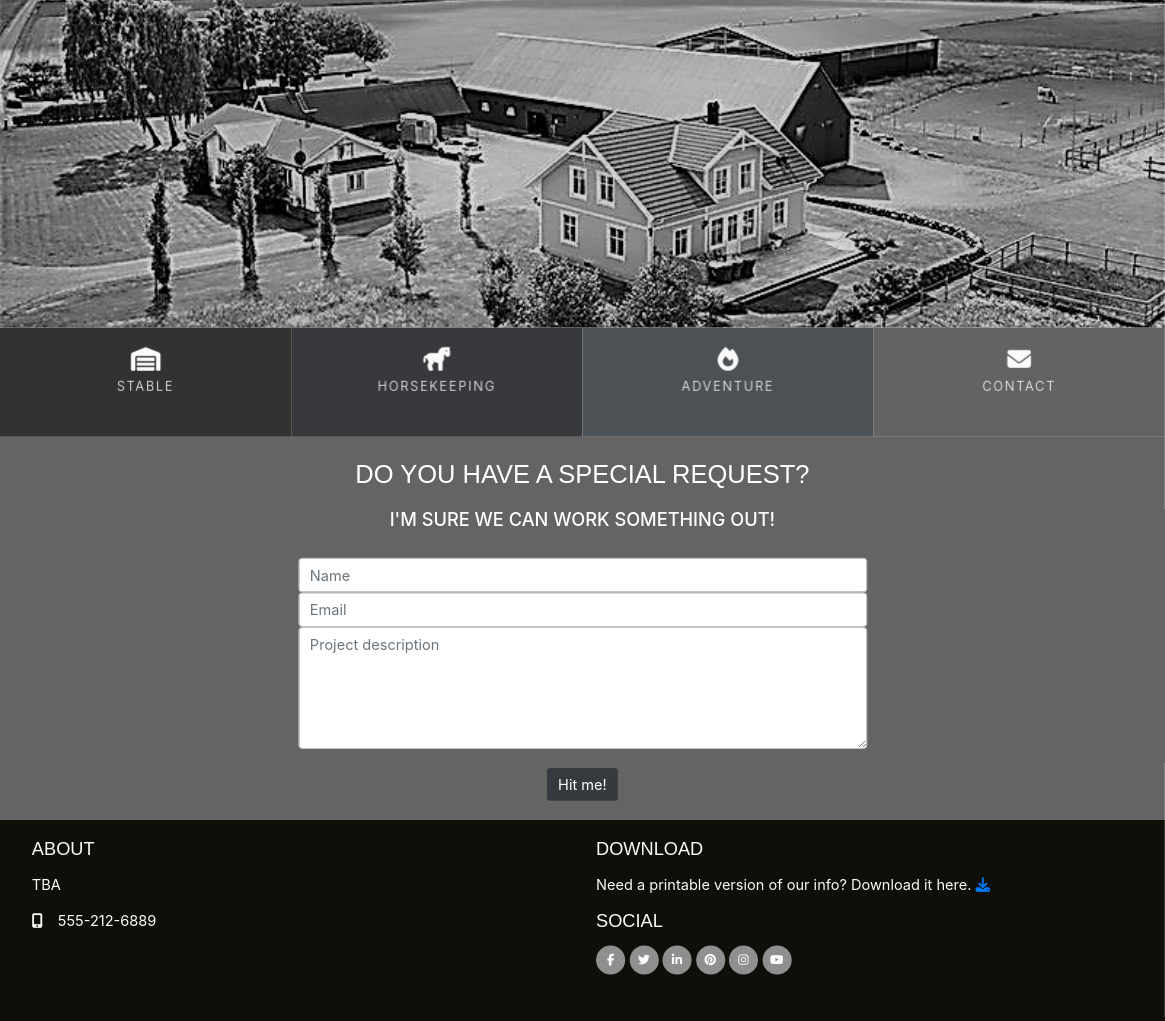
Repository: Jadehammar/frontendmilestone
Page: contact.html
The author's editor kept a record of every edit. The page is drawn from the files as they stood at one moment, then again after the next edit.
The browser window is 1280 px wide. The pictures show the whole page, at 91% of full size.
Backgrounds fixed to the window are drawn as part of the page. Some web libraries are served in a nearby version.

Above is the page before.

### contact.html
<!DOCTYPE html>
<html lang="en">

<head>
    <meta charset="UTF-8">
    <meta name="viewport" content="width=device-width, initial-scale=1.0">
    <meta http-equiv="X-UA-Compatible" content="ie=edge">
    <link rel="stylesheet" href="https://stackpath.bootstrapcdn.com/font-awesome/4.7.0/css/font-awesome.min.css" type="text/css" />
    <link rel="stylesheet" href="https://cdnjs.cloudflare.com/ajax/libs/hover.css/2.3.1/css/hover-min.css" type="text/css" />
    <link rel="stylesheet" href="https://stackpath.bootstrapcdn.com/bootstrap/4.3.1/css/bootstrap.min.css" type="text/css" />
    <link rel="stylesheet" href="assets/css/style.css" type="text/css" />
    <title>Ridingschool</title>
</head>

<body>
    <header>
        <div class="row no-gutters">
            <a href="contact.html" class="col-12 logo"></a>
            <div class="col-md-12">
                <div class="row no-gutters">
                    <div class="col">
                        <ul id="nav" class="list-inline menucontainer">
                            <li class="col-6 col-sm-3 ui-menue-color-home list-inline-item menueitem">
                                <a href="stable.html" class="hvr-bounce-to-bottom"><i class="fa fa-warehouse" aria-hidden="true"></i><span>Stable</span></a>
                            </li>
                            <li class="col-6 col-sm-3 ui-menue-color-resume list-inline-item menueitem">
                                <a href="horsekeeping.html" class="hvr-bounce-to-bottom"><i class="fa fa-horse" aria-hidden="true"></i><span>Horsekeeping</span></a>
                            </li>
                            <li class="col-6 col-sm-3 ui-menue-color-contact list-inline-item menueitem">
                                <a href="adventure.html" class="hvr-bounce-to-bottom"><i class="fa fa-fire" aria-hidden="true"></i><span>Adventure</span></a>
                            </li>
                            <li class="col-6 col-sm-3 ui-menue-color-download list-inline-item menueitem">
                                <a href="contact.html" class="hvr-bounce-to-bottom"><i class="fa fa-envelope" aria-hidden="true"></i><span>contact</span></a>
                            </li>

                        </ul>
                    </div>
                </div>
            </div>
        </div>
    </header>
        <section class="container-fluid">
        <div class="row bg-color-contact">
            <div class="col">
                <h3 class="contact-heading uppercase text-center">Do you have a special request?</h3>
                <h5 class="uppercase text-center">I'm sure we can work something out!</h5>
            </div>
            <div class="container-fluid">
                <div class="center-form">
                    <form>
                        <input type="text" name="name" id="fullname" class="form-control" placeholder="Name" required />
                        <input type="email" name="email" id="emailaddress" class="form-control" placeholder="Email" required />
                        <textarea rows="5" name="projectsummary" id="projectsummary" class="form-control" placeholder="Project description" required></textarea>
                        <div class="form-row text-center">
                            <div class="col">
                                <button type="submit" class="btn btn-secondary">Hit me!</button>
                            </div>
                        </div>
                    </form>
                </div>
            </div>

        </div>
        </div>
    </section>
    <footer class="container-fluid">
        <div id="footer-details" class="row">
            <div class="col-sm-6">
                <h5 class="uppercase general-sub">About</h5>
                <p class="inline-block">
                    TBA
                </p>
            </div>
            <div class="col-sm-6">
                <h5 class="uppercase general-sub">Download</h5>
                <p class="inline-block">
                    Need a printable version of our info? Download it here.
                    <a href="assets/CV/CV.pdf" taraget="_blank" class="cv-pdf">
                        <i class="fa fa-download" aria-hidden="true"></i>
                        <span class="sr-only">Download link.</span>
                    </a>
                </p>
            </div>
            <div class="col-sm-6">
                <i class="fa fa-mobile" aria-hidden="true" style="padding-right: 12px;"></i>
                <p class="inline-block"> 555-212-6889
                    <span class="sr-only">Phone.</span>
                    </a>
                </p>
            </div>
            <div class="col-sm-4">
                <h5 class="uppercase general-sub">social</h5>
                <ul class="list-inline social-links">
                    <li class="list-inline-item">
                        <a target="_blank" href="#">
                            <i class="fa fa-facebook" aria-hidden="true"></i>
                            <span class="sr-only">Facebook</span>
                        </a>
                    </li>
                    <li class="list-inline-item">
                        <a target="_blank" href="#">
                            <i class="fa fa-twitter" aria-hidden="true"></i>
                            <span class="sr-only">Twitter</span>
                        </a>
                    </li>
                    <li class="list-inline-item">
                        <a target="_blank" href="#">
                            <i class="fa fa-linkedin" aria-hidden="true"></i>
                            <span class="sr-only">LinkedIn</span>
                        </a>
                    </li>
                    <li class="list-inline-item">
                        <a target="_blank" href="#">
                            <i class="fa fa-pinterest" aria-hidden="true"></i>
                            <span class="sr-only">Pinterest</span>
                        </a>
                    </li>
                    <li class="list-inline-item">
                        <a target="_blank" href="#">
                            <i class="fa fa-instagram" aria-hidden="true"></i>
                            <span class="sr-only">Instagram</span>
                        </a>
                    </li>
                    <li class="list-inline-item">
                        <a target="_blank" href="#">
                            <i class="fa fa-youtube" aria-hidden="true"></i>
                            <span class="sr-only">YouTube</span>
                        </a>
                    </li>
                </ul>
            </div>
        </div>
    </footer>
    <script src="https://kit.fontawesome.com/d636ceede3.js"></script>
</body>

</html>

### assets/css/style.css
@import url('https://fonts.googleapis.com/css?family=Roboto:100,200,300,400,500,600,700│exo:100,200,300,400,500,600,700');

/*---------------------------------------------color-------------------------------------*/

.container-wrapper {
    background-color: #38393c;
    color: white;
}

.container-wrapper--red {
    background-color: #4b5154;
    color: white;
}

.feature {
    color: #fff;
}

.bg-color-name-title {
    background-color: #676767;
}

.bg-color-three-reasons {
    background-color: #333230;
    color: #fff;
    font-weight: 100;
}

.bg-color-personal-info {
    background-color: #f4f4f4;
}

.ui-menue-color-home {
    background-color: #333230;

}

.ui-menue-color-resume {
    background-color: #38393c;

}

.ui-menue-color-contact {
    background-color: #4b5154;

}

.ui-menue-color-download {
    background-color: #4e4e4ee0;

}

.bg-color-work-history {
    background-color: #646464;
}

.bg-color-contact {
    background-color: #646464;

}

/*---------------------------------------------Special padding/margins/text-------------------------------------*/

h1,
h2,
h3,
h4,
h5 {
    margin: 0;
}

.uppercase {
    text-transform: uppercase;
    color: #fff;
}

.general-sub {
    font-family: "Exo", sans-serif;
    font-weight: 200;
    color: #fafafa;
    padding-bottom: 15px;
}

.inline-block {
    display: inline-block;
}

.row-table {
    display: table;
}

.section-column {
    display: table-cell;
    padding: 0 30px 30px;
    float: none;
}

.history-heading,
.section-heading {
    font-family: "Exo", sans-serif;
    font-weight: 200;
    margin-bottom: 40px;
    margin-top: 25px;
}

/*---------------------------------------------Heading-------------------------------------*/

header {
    margin: 0;
}

.heading {
    margin-left: 50px;

}

.logo-stable {
    background: url("../images/gård på avstånd.jpg");
    background-position: center;
    background-repeat: no-repeat;
    background-size: cover;
    min-height: 360px;
    transition: all .75s ease-in-out;
    -moz-transition: all .75s ease-in-out;
    -webkit-transition: all .75s ease-in-out;
    -o-transition: all .75s ease-in-out;
}

.logo {
    background: url("../images/Varberg-intro-800x418_bw.jpg.jpg") no-repeat bottom right fixed;
    background-position: center;
    background-repeat: no-repeat;
    background-size: cover;
    min-height: 360px;
    transition: all .75s ease-in-out;
    -moz-transition: all .75s ease-in-out;
    -webkit-transition: all .75s ease-in-out;
    -o-transition: all .75s ease-in-out;
}

.name {
    font-family: "Exo" sans-serif;
    font-weight: 100;
    font-size: 46px;
    margin-top: 50px;
    color: #fff;
}

.title {
    font-family: "Roboto" sans-serif;
    font-weight: 200;
    font-size: 28px;
    margin-top: 20px;
    margin-bottom: 90px;
    color: #fff;
}

.list-inline-item:not(:last-child) {
    margin: 0;
}

.menucontainer {
    font-size: 0;
}

#nav li {
    font-size: 14px;
    padding: 0;
}

#nav {
    margin: 0;
}

.menueitem {
    height: 120px;
    text-align: center;
    padding: 0;
}

.menueitem a {
    width: 100%;
    text-decoration: none;
    color: #fff;
    height: 120px;
}

.menueitem a i {
    padding-top: 22px;
    display: block;
    color: #fafafa;
    font-size: 26px;
}

.menueitem span {
    display: block;
    width: 100%;
    padding-top: 5px;
    text-align: center;
    text-transform: uppercase;
    font-size: 14px;
    font-weight: 300;
    letter-spacing: 2px;
}


/*---------------------------------------------Hover.css-------------------------------------*/

.hvr-bounce-to-bottom:before {
    background: rgba(0, 0, 0, 0.2);
    height: 120px;
}

/*---------------------------------------------Footer-------------------------------------*/

footer {
    background-color: #100e08;
    color: #fafafa;
    min-height: 120px;
    margin: 0;
}

.cv-info i {
    font-size: 18px;
    color: #fff;
    text-align: center;
    padding-left: 5px;
    transition: all 0.35s ease-in-out;
    -moz-transition: all 0.35s ease-in-out;
    -webkit-transition: all 0.35s ease-in-out;
    -o-transition: all 0.35 ease-in-out;
}

.cv-info i:hover {
    color: #29ca4d;
    font-size: 19px;
}

.social-links {
    padding-bottom: 15px;
}


.social-links li a i {
    width: 32px;
    height: 32px;
    padding: 12px 0;
    border-radius: 50%;
    font-size: 13px;
    line-height: 7px;
    text-align: center;
    color: #fafafa;
    background: #8f8f8f;
    transition: all 0.35s ease-in-out;
    -moz-transition: all 0.35s ease-in-out;
    -webkit-transition: all 0.35s ease-in-out;
    -o-transition: all 0.35 ease-in-out;
}

.social-links li a i:hover {
    background: #e84610;
}

#footer-details {
    padding: 20px;
}

/*---------------------------------------------Three reasons-------------------------------------*/

.three-reasons-icon {
    font-size: 26px;
    color: #e67e22;
}

.three-reasons-heading {
    margin-bottom: 15px;
}

/*---------------------------------------------Personal info-------------------------------------*/

.personal-info-item {
    margin-bottom: 20px;
    display: block;
    clear: both;

}

.personal-info-item .key,
.personal-info-item .value {
    padding-right: 8px;
    display: inline-block;
}

.personal-info-item .key p,
.personal-info-item .value p {
    margin: 0;
}

.personal-info-item .key {
    width: 30%;
    margin-right: 21px;
    padding-top: 2px;
    vertical-align: top;

}

.personal-info-item .key p {
    font-weight: 700;
}

.personal-info-item .value {
    position: relative;
    width: 60%;

}

/*---------------------------------------------Contact-form-------------------------------------*/

.contact-heading {
    font-family: "Exo", sans-serif;
    font-weight: 300;
    margin-top: 25px;
    margin-bottom: 20px;
    color: #fff;
}

.center-form {
    padding-top: 10px;
    margin: 0 auto;
    max-width: 70%;
}

button [type="submit"] {
    margin: 20px 20px 20px 20px;
    background-color: #e84610;
}

.btn-secondary {
    margin: 20px;
    background-color: #363a3e;
    border-color: #6a6a6b;
}


/*---------------------------------------------Media-query-------------------------------------*/

@media(min-width: 992px) {
    .center-form {
        padding-top: 30px;
        min-height: 240;
        margin: 0 auto;
        max-width: 50%;
    }
}

After the next edit:
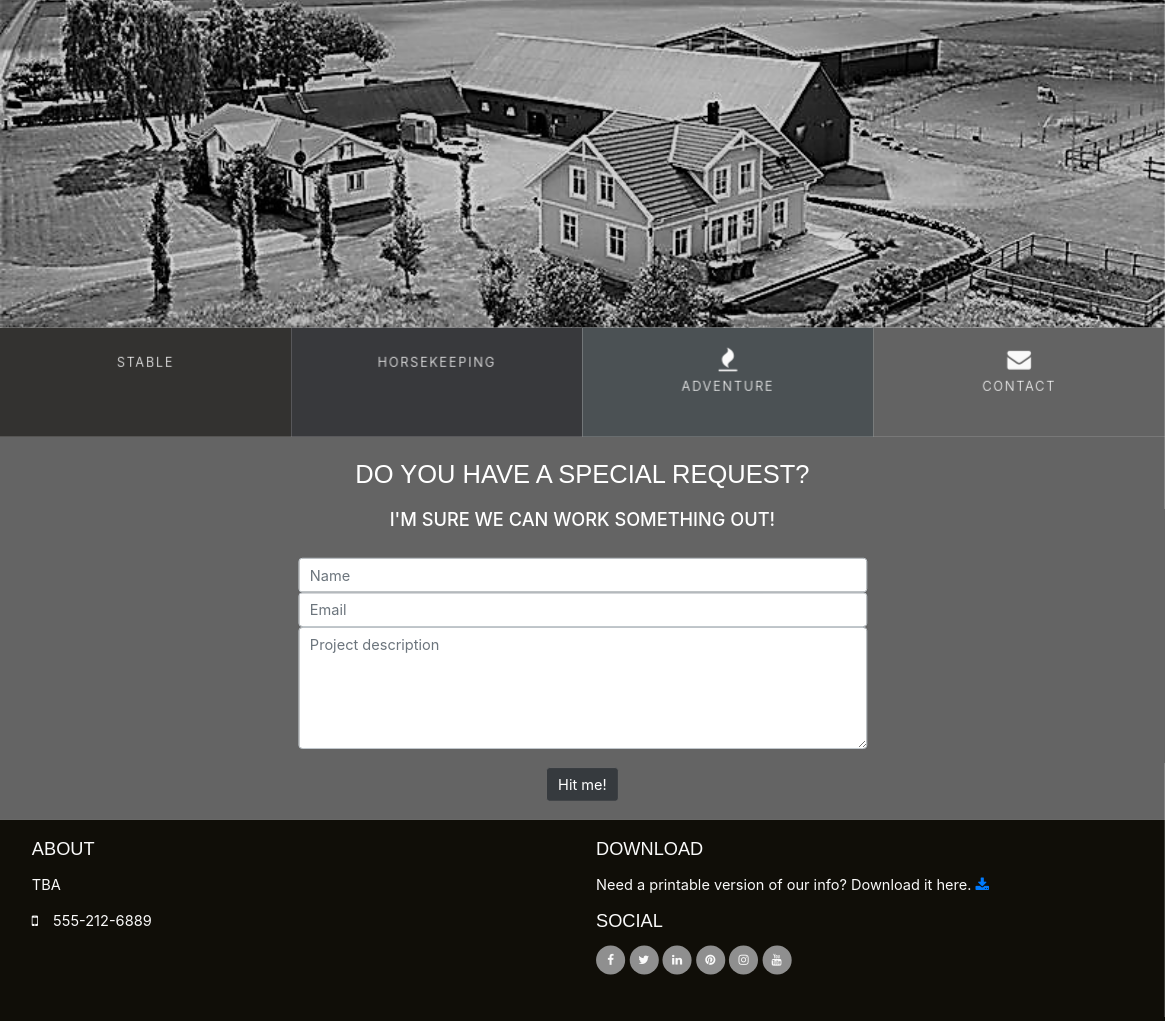
The edit:
--- a/contact.html
+++ b/contact.html
@@ -131,7 +131,6 @@
             </div>
         </div>
     </footer>
-    <script src="https://kit.fontawesome.com/d636ceede3.js"></script>
 </body>
 
 </html>

After the edit that followed:
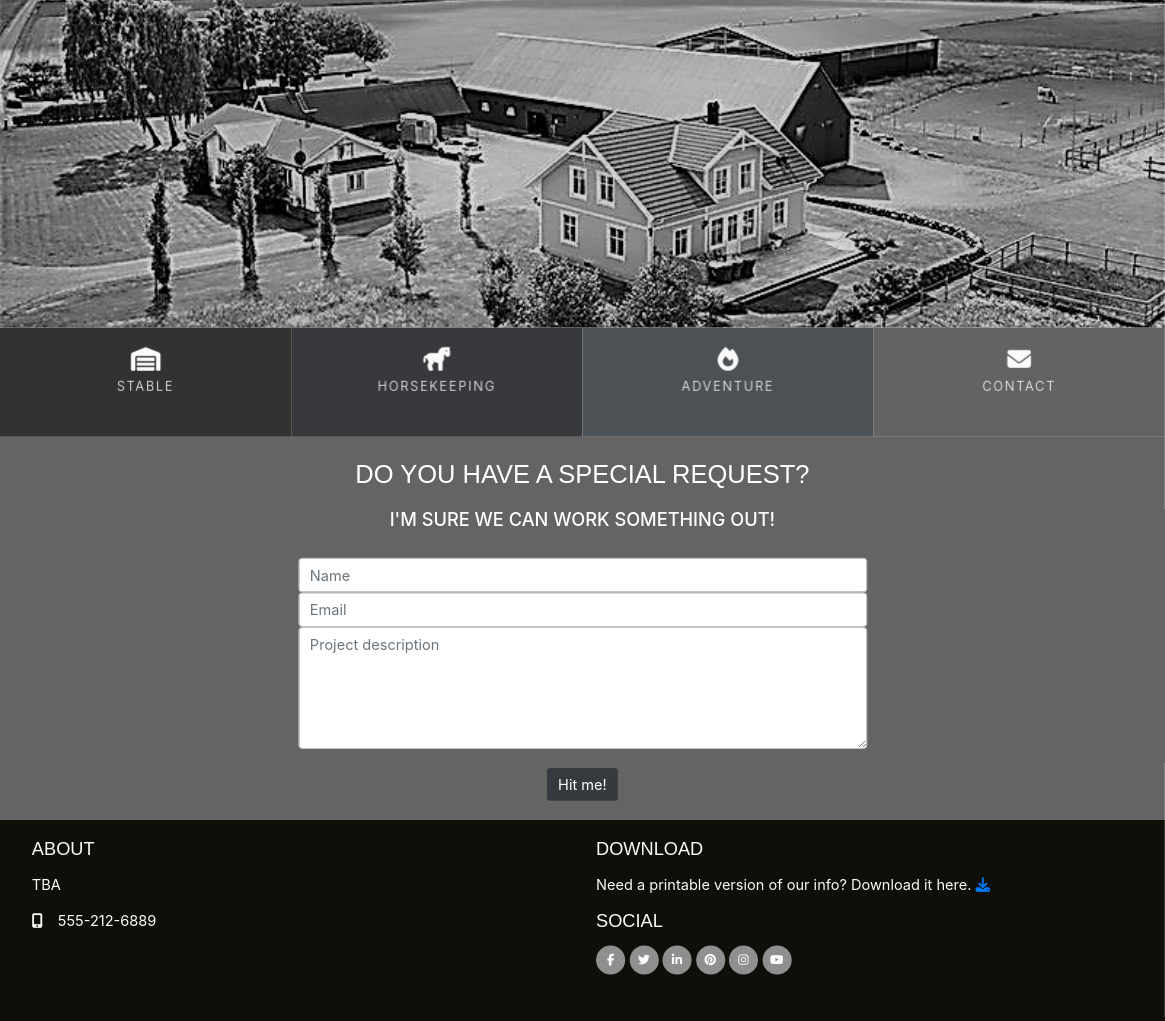
The edit:
--- a/contact.html
+++ b/contact.html
@@ -9,6 +9,7 @@
     <link rel="stylesheet" href="https://cdnjs.cloudflare.com/ajax/libs/hover.css/2.3.1/css/hover-min.css" type="text/css" />
     <link rel="stylesheet" href="https://stackpath.bootstrapcdn.com/bootstrap/4.3.1/css/bootstrap.min.css" type="text/css" />
     <link rel="stylesheet" href="assets/css/style.css" type="text/css" />
+    <script src="https://kit.fontawesome.com/d636ceede3.js"></script>
     <title>Ridingschool</title>
 </head>
 
@@ -39,7 +40,7 @@
             </div>
         </div>
     </header>
-        <section class="container-fluid">
+    <section class="container-fluid">
         <div class="row bg-color-contact">
             <div class="col">
                 <h3 class="contact-heading uppercase text-center">Do you have a special request?</h3>
